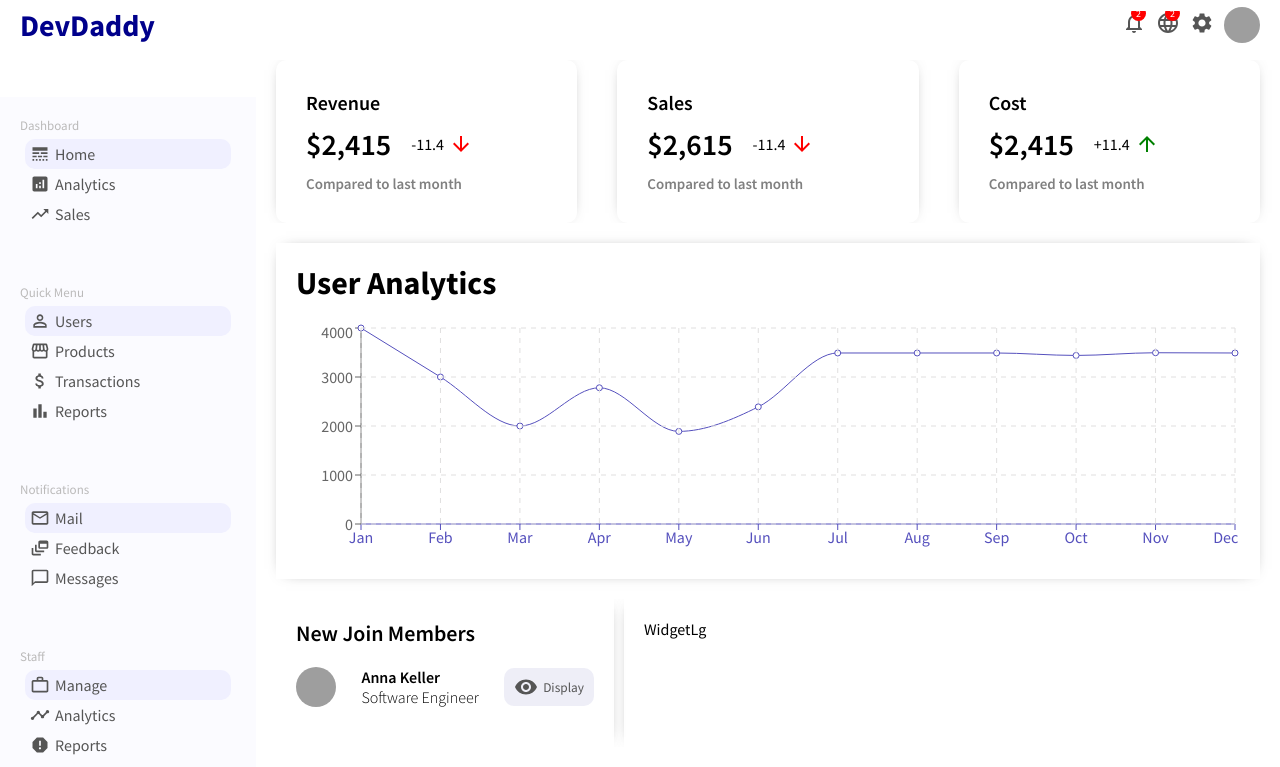
Repository: Marhamat92/react-admin-dashboard
Page: /newUser
These files come from the project's save history. The page is drawn as it stood at one moment and after the next save; the edit follows.
The browser window is 1280 px wide. The pictures show the whole page.
Pictures or frames that could not be fetched are drawn as grey boxes. The project was rebuilt for these pictures with package versions that can differ from the ones it lists, and the page was loaded fresh each time.

Above is the page before, as saved 2023-02-09 13:44:24.

After the next save:
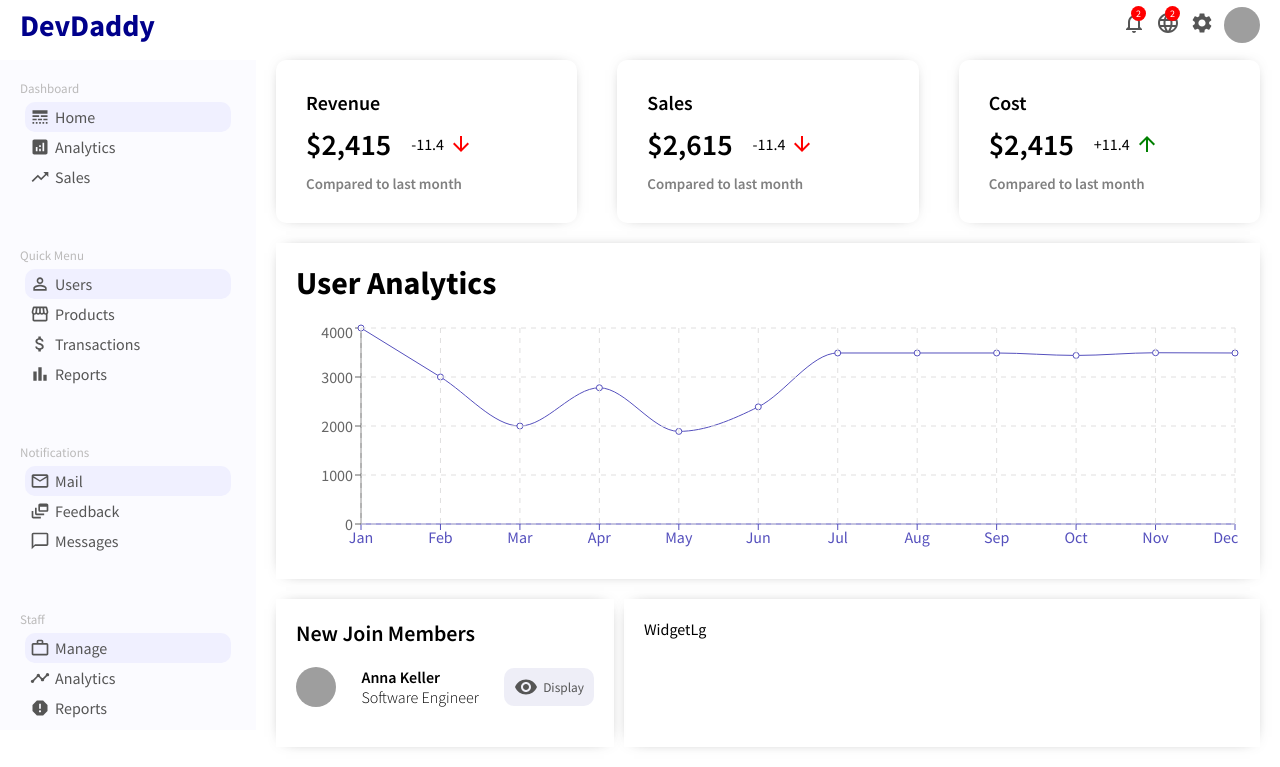
Saved 12 s later.
--- a/public/index.html
+++ b/public/index.html
@@ -30,7 +30,7 @@
     * {
       font-family: 'Source Sans Pro', sans-serif;
       margin: 0;
-      overflow-x: hidden;
+      padding: 0;
     }
   </style>
   <title>DevDaddy Admin Dashboard</title>
